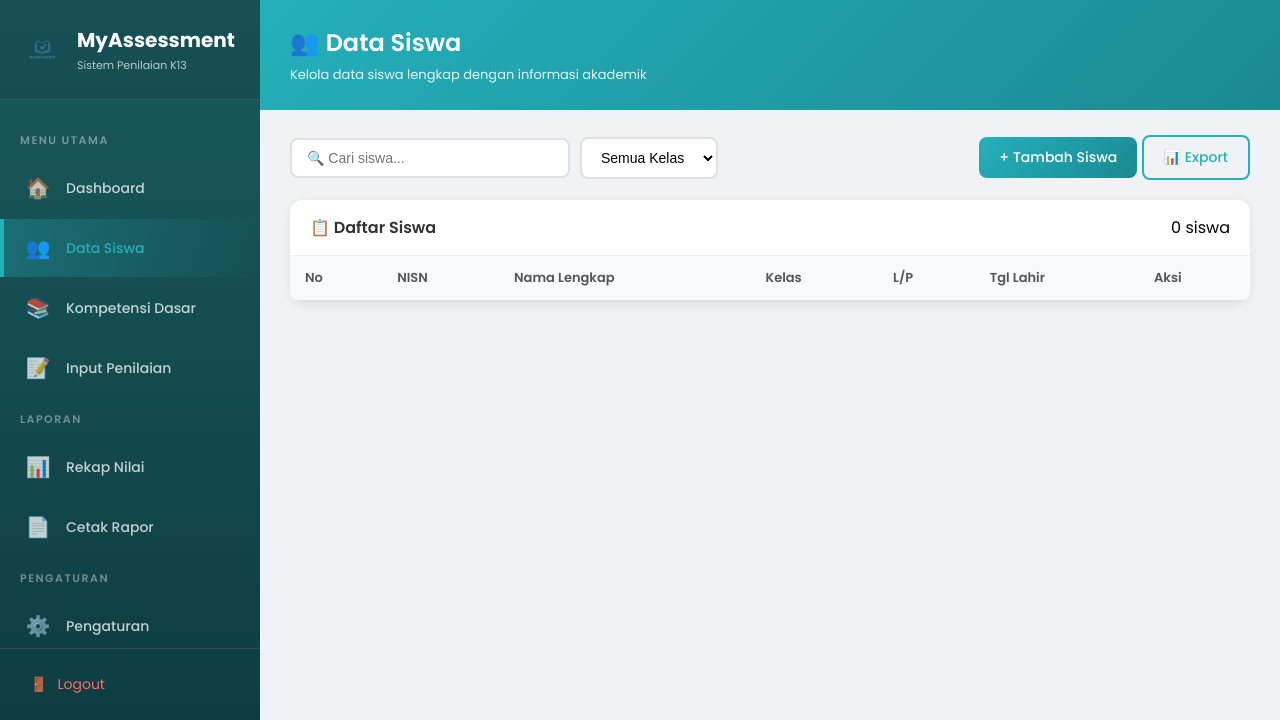
Repository: Ws529/MyAssassment_Final
Page: MyAssessment/wwwroot/siswa.html
These files come from the project's save history. The page is drawn as it stood at one moment and after the next save; the edit follows.
The browser window is 1280 px wide. The pictures show the whole page.
The page's requests for data from a server got no answer.

Above is the page before, as saved 2026-01-01 15:53:16.

### MyAssessment/wwwroot/siswa.html
<!DOCTYPE html>
<html lang="id">
<head>
    <meta charset="utf-8" />
    <meta name="viewport" content="width=device-width, initial-scale=1.0" />
    <title>Data Siswa - My Assessment</title>
    <link href="https://fonts.googleapis.com/css2?family=Poppins:wght@300;400;500;600;700&display=swap" rel="stylesheet">
    <link href="assets/css/neon-buttons.css" rel="stylesheet">
    <style>
        * { margin: 0; padding: 0; box-sizing: border-box; }
        body { font-family: 'Poppins', sans-serif; background: #f0f2f5; }

        /* Layout */
        .app-container { display: flex; min-height: 100vh; }

        /* Sidebar - Teal Theme */
        .sidebar {
            width: 260px;
            background: linear-gradient(180deg, #1a5a5e 0%, #0d3d40 100%);
            color: white;
            position: fixed;
            height: 100vh;
            overflow-y: auto;
            z-index: 100;
        }
        .sidebar-header {
            padding: 25px 20px;
            display: flex;
            align-items: center;
            gap: 12px;
            border-bottom: 1px solid rgba(255,255,255,0.1);
            background: rgba(0,0,0,0.1);
        }
        .sidebar-header img { width: 45px; height: 45px; border-radius: 10px; }
        .sidebar-header h2 { font-size: 20px; font-weight: 700; }
        .sidebar-header span { font-size: 11px; opacity: 0.7; display: block; margin-top: 2px; }

        .sidebar-menu { padding: 20px 0; }
        .menu-label {
            padding: 12px 20px 8px;
            font-size: 11px;
            text-transform: uppercase;
            color: rgba(255,255,255,0.4);
            letter-spacing: 1.5px;
            font-weight: 600;
        }
        .menu-item {
            display: flex;
            align-items: center;
            gap: 14px;
            padding: 14px 20px;
            color: rgba(255,255,255,0.75);
            text-decoration: none;
            transition: all 0.3s;
            border-left: 4px solid transparent;
            margin: 2px 0;
        }
        .menu-item:hover {
            background: rgba(36, 176, 186, 0.15);
            color: white;
            border-left-color: rgba(36, 176, 186, 0.5);
        }
        .menu-item.active {
            background: linear-gradient(90deg, rgba(36, 176, 186, 0.3) 0%, transparent 100%);
            border-left-color: #24b0ba;
            color: #24b0ba;
        }
        .menu-item .icon { font-size: 20px; width: 28px; text-align: center; }
        .menu-item span { font-size: 14px; font-weight: 500; }

        .sidebar-footer {
            position: absolute;
            bottom: 0;
            width: 100%;
            padding: 15px 20px;
            border-top: 1px solid rgba(255,255,255,0.1);
        }
        .logout-btn {
            display: flex;
            align-items: center;
            gap: 10px;
            color: #ff6b6b;
            text-decoration: none;
            font-size: 14px;
            padding: 10px;
            border-radius: 8px;
            transition: background 0.3s;
        }
        .logout-btn:hover { background: rgba(255,107,107,0.1); }

        /* Main Content */
        .main-content {
            flex: 1;
            margin-left: 260px;
            min-height: 100vh;
        }

        /* Top Header */
        .top-header {
            background: linear-gradient(135deg, #24b0ba, #1a8a93);
            color: white;
            padding: 25px 30px;
            display: flex;
            justify-content: space-between;
            align-items: center;
        }
        .page-title h1 { font-size: 24px; font-weight: 600; display: flex; align-items: center; gap: 10px; }
        .page-title p { font-size: 13px; opacity: 0.9; margin-top: 5px; }
        .header-actions { display: flex; gap: 10px; }

        /* Content Area */
        .content-area { padding: 25px 30px; }

        /* Action Bar */
        .action-bar {
            display: flex;
            justify-content: space-between;
            align-items: center;
            margin-bottom: 20px;
            flex-wrap: wrap;
            gap: 15px;
        }
        .search-box {
            display: flex;
            gap: 10px;
            align-items: center;
        }
        .search-input {
            padding: 10px 15px;
            border: 2px solid #e0e0e0;
            border-radius: 8px;
            font-size: 14px;
            width: 280px;
            outline: none;
            transition: border-color 0.3s;
        }
        .search-input:focus { border-color: #24b0ba; }
        .filter-select {
            padding: 10px 15px;
            border: 2px solid #e0e0e0;
            border-radius: 8px;
            font-size: 14px;
            outline: none;
            background: white;
            cursor: pointer;
        }

        /* Cards */
        .card {
            background: white;
            border-radius: 12px;
            box-shadow: 0 2px 10px rgba(0,0,0,0.08);
            overflow: hidden;
        }
        .card-header {
            padding: 15px 20px;
            border-bottom: 1px solid #eee;
            display: flex;
            justify-content: space-between;
            align-items: center;
        }
        .card-header h3 { font-size: 16px; font-weight: 600; color: #333; }
        .card-body { padding: 20px; }

        /* Form */
        .form-card { margin-bottom: 20px; display: none; }
        .form-card.active { display: block; }
        .form-grid {
            display: grid;
            grid-template-columns: repeat(auto-fit, minmax(250px, 1fr));
            gap: 15px;
        }
        .form-group { margin-bottom: 0; }
        .form-group label {
            display: block;
            font-size: 13px;
            font-weight: 500;
            color: #555;
            margin-bottom: 6px;
        }
        .form-control {
            width: 100%;
            padding: 10px 12px;
            border: 2px solid #e0e0e0;
            border-radius: 8px;
            font-size: 14px;
            outline: none;
            transition: border-color 0.3s;
            font-family: 'Poppins', sans-serif;
        }
        .form-control:focus { border-color: #24b0ba; }
        .form-actions {
            display: flex;
            gap: 10px;
            margin-top: 20px;
            padding-top: 15px;
            border-top: 1px solid #eee;
        }

        /* Table */
        .data-table { width: 100%; border-collapse: collapse; }
        .data-table th {
            background: #f8f9fa;
            padding: 12px 15px;
            text-align: left;
            font-size: 13px;
            font-weight: 600;
            color: #555;
            border-bottom: 2px solid #e0e0e0;
        }
        .data-table td {
            padding: 12px 15px;
            border-bottom: 1px solid #eee;
            font-size: 14px;
            color: #333;
        }
        .data-table tr:hover { background: #f8fffe; }
        .data-table tr:last-child td { border-bottom: none; }

        /* Buttons */
        .btn {
            padding: 10px 20px;
            border: none;
            border-radius: 8px;
            font-size: 14px;
            font-weight: 500;
            cursor: pointer;
            display: inline-flex;
            align-items: center;
            gap: 8px;
            transition: all 0.3s;
            font-family: 'Poppins', sans-serif;
        }
        .btn-primary {
            background: linear-gradient(135deg, #24b0ba, #1a8a93);
            color: white;
        }
        .btn-primary:hover { transform: translateY(-2px); box-shadow: 0 4px 15px rgba(36,176,186,0.4); }
        .btn-success { background: #28a745; color: white; }
        .btn-success:hover { background: #218838; }
        .btn-danger { background: #dc3545; color: white; }
        .btn-danger:hover { background: #c82333; }
        .btn-secondary { background: #6c757d; color: white; }
        .btn-secondary:hover { background: #5a6268; }
        .btn-sm { padding: 6px 12px; font-size: 12px; }
        .btn-outline {
            background: transparent;
            border: 2px solid #24b0ba;
            color: #24b0ba;
        }
        .btn-outline:hover { background: #24b0ba; color: white; }

        /* Message */
        .message {
            padding: 12px 15px;
            border-radius: 8px;
            margin-bottom: 15px;
            display: none;
            font-size: 14px;
        }
        .message.success { background: #d4edda; color: #155724; border: 1px solid #c3e6cb; display: block; }
        .message.error { background: #f8d7da; color: #721c24; border: 1px solid #f5c6cb; display: block; }

        /* Empty State */
        .empty-state {
            text-align: center;
            padding: 50px 20px;
            color: #888;
        }
        .empty-state .icon { font-size: 48px; margin-bottom: 15px; }
        .empty-state h4 { font-size: 18px; color: #555; margin-bottom: 8px; }

        /* Responsive */
        @media (max-width: 992px) {
            .sidebar { width: 70px; }
            .sidebar-header h2, .sidebar-header span, .menu-label, .menu-item span { display: none; }
            .sidebar-header { justify-content: center; padding: 15px; }
            .menu-item { justify-content: center; padding: 15px; }
            .main-content { margin-left: 70px; }
        }
        @media (max-width: 768px) {
            .sidebar { display: none; }
            .main-content { margin-left: 0; }
            .action-bar { flex-direction: column; align-items: stretch; }
            .search-input { width: 100%; }
        }
    </style>
</head>
<body>
    <div class="app-container">
        <!-- Sidebar -->
        <aside class="sidebar">
            <div class="sidebar-header">
                <img src="assets/img/logo.png" alt="Logo">
                <div>
                    <h2>MyAssessment</h2>
                    <span>Sistem Penilaian K13</span>
                </div>
            </div>
            <nav class="sidebar-menu">
                <div class="menu-label">Menu Utama</div>
                <a href="index.html" class="menu-item">
                    <span class="icon">🏠</span>
                    <span>Dashboard</span>
                </a>
                <a href="siswa.html" class="menu-item active">
                    <span class="icon">👥</span>
                    <span>Data Siswa</span>
                </a>
                <a href="kompetensi.html" class="menu-item">
                    <span class="icon">📚</span>
                    <span>Kompetensi Dasar</span>
                </a>
                <a href="penilaian.html" class="menu-item">
                    <span class="icon">📝</span>
                    <span>Input Penilaian</span>
                </a>

                <div class="menu-label">Laporan</div>
                <a href="penilaian.html" class="menu-item">
                    <span class="icon">📊</span>
                    <span>Rekap Nilai</span>
                </a>
                <a href="penilaian.html" class="menu-item">
                    <span class="icon">📄</span>
                    <span>Cetak Rapor</span>
                </a>

                <div class="menu-label">Pengaturan</div>
                <a href="pengaturan.html" class="menu-item">
                    <span class="icon">⚙️</span>
                    <span>Pengaturan</span>
                </a>
            </nav>
            <div class="sidebar-footer">
                <a href="login.html" class="logout-btn" onclick="logout()">
                    <span>🚪</span>
                    <span>Logout</span>
                </a>
            </div>
        </aside>

        <!-- Main Content -->
        <main class="main-content">
            <!-- Top Header -->
            <div class="top-header">
                <div class="page-title">
                    <h1>👥 Data Siswa</h1>
                    <p>Kelola data siswa lengkap dengan informasi akademik</p>
                </div>
            </div>

            <!-- Content Area -->
            <div class="content-area">
                <!-- Message -->
                <div class="message" id="message"></div>

                <!-- Action Bar -->
                <div class="action-bar">
                    <div class="search-box">
                        <input type="text" class="search-input" id="searchInput" placeholder="🔍 Cari siswa..." onkeyup="searchStudents()">
                        <select class="filter-select" id="filterKelas" onchange="filterStudents()">
                            <option value="">Semua Kelas</option>
                        </select>
                    </div>
                    <div>
                        <button class="btn btn-primary" onclick="showForm()">+ Tambah Siswa</button>
                        <button class="btn btn-outline" onclick="exportCSV()">📊 Export</button>
                    </div>
                </div>

                <!-- Form Card -->
                <div class="card form-card" id="formCard">
                    <div class="card-header">
                        <h3 id="formTitle">➕ Tambah Siswa Baru</h3>
                        <button class="btn btn-sm btn-secondary" onclick="hideForm()">✕ Tutup</button>
                    </div>
                    <div class="card-body">
                        <div class="form-grid">
                            <div class="form-group">
                                <label>NISN</label>
                                <input type="text" class="form-control" id="nisn" placeholder="Masukkan NISN">
                            </div>
                            <div class="form-group">
                                <label>Nama Lengkap</label>
                                <input type="text" class="form-control" id="nama" placeholder="Masukkan nama lengkap">
                            </div>
                            <div class="form-group">
                                <label>Kelas</label>
                                <select class="form-control" id="kelas">
                                    <option value="">Pilih Kelas</option>
                                </select>
                            </div>
                            <div class="form-group">
                                <label>Jenis Kelamin</label>
                                <select class="form-control" id="gender">
                                    <option value="">Pilih Jenis Kelamin</option>
                                    <option value="Laki-laki">Laki-laki</option>
                                    <option value="Perempuan">Perempuan</option>
                                </select>
                            </div>
                            <div class="form-group">
                                <label>Tanggal Lahir</label>
                                <input type="date" class="form-control" id="tanggalLahir">
                            </div>
                            <div class="form-group">
                                <label>Alamat</label>
                                <input type="text" class="form-control" id="alamat" placeholder="Masukkan alamat">
                            </div>
                        </div>
                        <div class="form-actions">
                            <button class="btn btn-primary" onclick="saveStudent()">💾 Simpan</button>
                            <button class="btn btn-secondary" onclick="hideForm()">Batal</button>
                        </div>
                    </div>
                </div>

                <!-- Data Table -->
                <div class="card">
                    <div class="card-header">
                        <h3>📋 Daftar Siswa</h3>
                        <span id="totalCount">0 siswa</span>
                    </div>
                    <div class="card-body" style="padding: 0;">
                        <table class="data-table" id="studentTable">
                            <thead>
                                <tr>
                                    <th>No</th>
                                    <th>NISN</th>
                                    <th>Nama Lengkap</th>
                                    <th>Kelas</th>
                                    <th>L/P</th>
                                    <th>Tgl Lahir</th>
                                    <th>Aksi</th>
                                </tr>
                            </thead>
                            <tbody id="studentBody"></tbody>
                        </table>
                    </div>
                </div>
            </div>
        </main>
    </div>

    <script>
        const API_URL = '/api';
        let students = [];
        let kelasList = [];
        let editingId = null;

        document.addEventListener('DOMContentLoaded', function() {
            loadKelasOptions();
            loadStudents();
        });

        async function loadKelasOptions() {
            try {
                const res = await fetch(`${API_URL}/kelas`);
                kelasList = await res.json();

                const filterKelas = document.getElementById('filterKelas');
                filterKelas.innerHTML = '<option value="">Semua Kelas</option>';
                kelasList.forEach(k => filterKelas.innerHTML += `<option value="${k.nama}">${k.nama}</option>`);

                const formKelas = document.getElementById('kelas');
                formKelas.innerHTML = '<option value="">Pilih Kelas</option>';
                kelasList.forEach(k => formKelas.innerHTML += `<option value="${k.nama}">${k.nama}</option>`);
            } catch (err) { console.error('Error loading kelas:', err); }
        }

        async function loadStudents() {
            try {
                const res = await fetch(`${API_URL}/siswa`);
                students = await res.json();
                renderStudents();
            } catch (err) {
                showMessage('Gagal memuat data siswa', 'error');
            }
        }

        function renderStudents(data = students) {
            const tbody = document.getElementById('studentBody');
            document.getElementById('totalCount').textContent = `${data.length} siswa`;

            if (data.length === 0) {
                tbody.innerHTML = `<tr><td colspan="7"><div class="empty-state"><div class="icon">👥</div><h4>Belum ada data siswa</h4><p>Klik "Tambah Siswa" untuk menambah data</p></div></td></tr>`;
                return;
            }

            tbody.innerHTML = data.map((s, i) => `
                <tr>
                    <td>${i + 1}</td>
                    <td>${s.nisn}</td>
                    <td><strong>${s.nama}</strong></td>
                    <td>${s.kelas}</td>
                    <td>${s.gender === 'Laki-laki' ? 'L' : 'P'}</td>
                    <td>${formatDate(s.tanggalLahir)}</td>
                    <td>
                        <button class="btn btn-sm btn-success" onclick="editStudent('${s.id}')">✏️ Edit</button>
                        <button class="btn btn-sm btn-danger" onclick="deleteStudent('${s.id}')">🗑️ Hapus</button>
                    </td>
                </tr>
            `).join('');
        }

        function formatDate(dateStr) {
            if (!dateStr) return '-';
            return new Date(dateStr).toLocaleDateString('id-ID');
        }

        function showForm() {
            document.getElementById('formCard').classList.add('active');
            document.getElementById('formTitle').textContent = '➕ Tambah Siswa Baru';
            clearForm();
            editingId = null;
        }

        function hideForm() {
            document.getElementById('formCard').classList.remove('active');
            clearForm();
            editingId = null;
        }

        function clearForm() {
            ['nisn', 'nama', 'kelas', 'gender', 'tanggalLahir', 'alamat'].forEach(id => document.getElementById(id).value = '');
        }

        async function saveStudent() {
            const student = {
                nisn: document.getElementById('nisn').value,
                nama: document.getElementById('nama').value,
                kelas: document.getElementById('kelas').value,
                gender: document.getElementById('gender').value,
                tanggalLahir: document.getElementById('tanggalLahir').value,
                alamat: document.getElementById('alamat').value
            };

            if (!student.nisn || !student.nama || !student.kelas) {
                showMessage('Mohon lengkapi NISN, Nama, dan Kelas!', 'error');
                return;
            }

            try {
                const url = editingId ? `${API_URL}/siswa/${editingId}` : `${API_URL}/siswa`;
                const method = editingId ? 'PUT' : 'POST';
                const res = await fetch(url, {
                    method,
                    headers: { 'Content-Type': 'application/json' },
                    body: JSON.stringify(student)
                });
                const result = await res.json();
                showMessage(result.message, 'success');
                hideForm();
                loadStudents();
            } catch (err) {
                showMessage('Gagal menyimpan data', 'error');
            }
        }

        function editStudent(id) {
            const s = students.find(x => x.id === id);
            if (s) {
                document.getElementById('nisn').value = s.nisn;
                document.getElementById('nama').value = s.nama;
                document.getElementById('kelas').value = s.kelas;
                document.getElementById('gender').value = s.gender;
                document.getElementById('tanggalLahir').value = s.tanggalLahir;
                document.getElementById('alamat').value = s.alamat || '';
                document.getElementById('formCard').classList.add('active');
                document.getElementById('formTitle').textContent = '✏️ Edit Data Siswa';
                editingId = id;
            }
        }

        async function deleteStudent(id) {
            if (confirm('Yakin ingin menghapus data siswa ini?')) {
                try {
                    const res = await fetch(`${API_URL}/siswa/${id}`, { method: 'DELETE' });
                    const result = await res.json();
                    showMessage(result.message, 'success');
                    loadStudents();
                } catch (err) {
                    showMessage('Gagal menghapus data', 'error');
                }
            }
        }

        function searchStudents() {
            const term = document.getElementById('searchInput').value.toLowerCase();
            renderStudents(students.filter(s => s.nama.toLowerCase().includes(term) || s.nisn.includes(term)));
        }

        function filterStudents() {
            const kelas = document.getElementById('filterKelas').value;
            renderStudents(kelas ? students.filter(s => s.kelas === kelas) : students);
        }

        function exportCSV() {
            let csv = 'NISN,Nama,Kelas,Jenis Kelamin,Tanggal Lahir,Alamat\n';
            students.forEach(s => csv += `${s.nisn},${s.nama},${s.kelas},${s.gender},${s.tanggalLahir},"${s.alamat || ''}"\n`);
            const blob = new Blob([csv], { type: 'text/csv' });
            const a = document.createElement('a');
            a.href = URL.createObjectURL(blob);
            a.download = 'DataSiswa.csv';
            a.click();
            showMessage('Data berhasil diekspor!', 'success');
        }

        function showMessage(text, type) {
            const msg = document.getElementById('message');
            msg.textContent = text;
            msg.className = 'message ' + type;
            setTimeout(() => msg.className = 'message', 3000);
        }

        function logout() {
            localStorage.removeItem('userSession');
            sessionStorage.removeItem('userSession');
        }
    </script>
</body>
</html>

Loaded but not shown: MyAssessment/wwwroot/assets/css/neon-buttons.css (288 lines, source omitted)

After the next save:
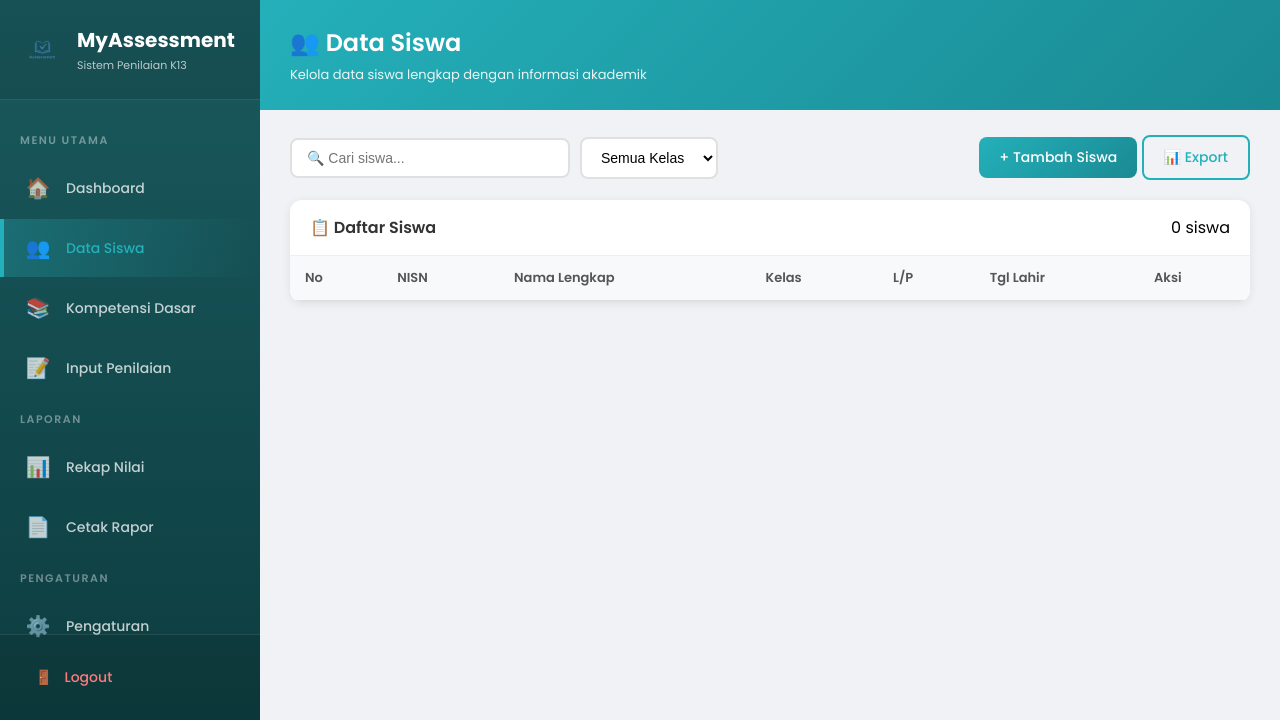
Saved 10 s later.
--- a/MyAssessment/wwwroot/siswa.html
+++ b/MyAssessment/wwwroot/siswa.html
@@ -72,21 +72,23 @@
             position: absolute;
             bottom: 0;
             width: 100%;
-            padding: 15px 20px;
+            padding: 20px;
             border-top: 1px solid rgba(255,255,255,0.1);
+            background: rgba(0,0,0,0.1);
         }
         .logout-btn {
             display: flex;
             align-items: center;
-            gap: 10px;
-            color: #ff6b6b;
+            gap: 12px;
+            color: #ff7b7b;
             text-decoration: none;
             font-size: 14px;
-            padding: 10px;
-            border-radius: 8px;
-            transition: background 0.3s;
-        }
-        .logout-btn:hover { background: rgba(255,107,107,0.1); }
+            font-weight: 500;
+            padding: 12px 15px;
+            border-radius: 10px;
+            transition: all 0.3s;
+        }
+        .logout-btn:hover { background: rgba(255,107,107,0.15); }
 
         /* Main Content */
         .main-content {
